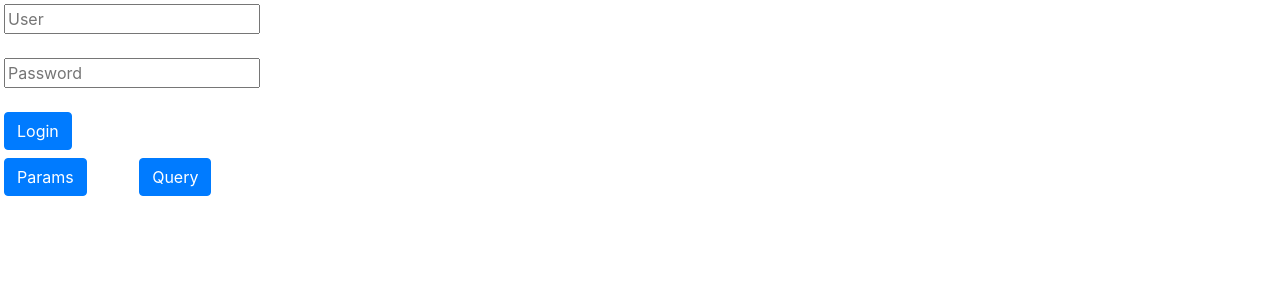
Repository: gfleitas/HTTPmethods
Page: index.html
An editor plug-in stored every save of this project. The page is shown before and after a run of saves, followed by the edit.
The browser window is 1280 px wide. The pictures show the whole page.

Above is the page before, as saved 2019-08-27 09:57:45.

### index.html
<!DOCTYPE html>
<html lang="en">
<head>
    <meta charset="UTF-8">
    <meta name="viewport" content="width=device-width, initial-scale=1.0">
    <meta http-equiv="X-UA-Compatible" content="ie=edge">
    <title>Document</title>

    <link rel="stylesheet" href="https://stackpath.bootstrapcdn.com/bootstrap/4.3.1/css/bootstrap.min.css" integrity="sha384-ggOyR0iXCbMQv3Xipma34MD+dH/1fQ784/j6cY/iJTQUOhcWr7x9JvoRxT2MZw1T" crossorigin="anonymous">
</head>
<body>
        <form id="form">
            <input class="mt-1 ml-1" type="text" name="user" id="user" placeholder="User">
            <br>
            <br>
            <input class="ml-1" type="password" name="pass" id="pass" placeholder="Password">
            <br>
            <br>
            <button type="submit" class="btn btn-primary ml-1">Login</button>
        </form>
        <form id="form2" style="display:none;">
            <input class="mt-1 ml-1" type="text" name="name" id="name" placeholder="Name">
            <br>
            <br>
            <input class="ml-1" type="text" name="surname" id="surname" placeholder="Surname">
            <br>
            <br>
            <button type="submit" class="btn btn-primary ml-1">Post</button>
        </form>
        <button onclick="paramGET()" type="submit" class="btn btn-primary ml-1 mt-2 mr-5">Params</button>
        <button onclick="queryGET()" type="submit" class="btn btn-primary mt-2">Query</button>


    <script src="js/app.js"></script>

    <script src="https://code.jquery.com/jquery-3.3.1.slim.min.js" integrity="sha384-q8i/X+965DzO0rT7abK41JStQIAqVgRVzpbzo5smXKp4YfRvH+8abtTE1Pi6jizo" crossorigin="anonymous"></script>
    <script src="https://cdnjs.cloudflare.com/ajax/libs/popper.js/1.14.7/umd/popper.min.js" integrity="sha384-UO2eT0CpHqdSJQ6hJty5KVphtPhzWj9WO1clHTMGa3JDZwrnQq4sF86dIHNDz0W1" crossorigin="anonymous"></script>
    <script src="https://stackpath.bootstrapcdn.com/bootstrap/4.3.1/js/bootstrap.min.js" integrity="sha384-JjSmVgyd0p3pXB1rRibZUAYoIIy6OrQ6VrjIEaFf/nJGzIxFDsf4x0xIM+B07jRM" crossorigin="anonymous"></script>

</body>
</html>

### js/app.js
const form = document.querySelector('#form');
const form2 = document.querySelector('#form2');

form.addEventListener('submit', e =>{
    e.preventDefault();
    loginPOST();

    function loginPOST() {

        let user = document.getElementById("user").value
        let pass = document.getElementById("pass").value

        let objUser = JSON.stringify({"user" :user, "password" :pass});

        fetch("http://192.168.11.31:3000/login",
        {
            method: "POST",
            body: objUser,
            headers: {
                'Accept': 'application/json, text/plain, */*',
                'Content-Type': 'Application/json'
            }
        })
        .then(function(res){
            res.json()
            .then(function(objUser){
                localStorage.setItem("token", objUser.token)
                bodyPOST();
                console.log(objUser)
            })
        })
        .catch(function(res){ console.log(res) })
    }

    function bodyPOST() {
        form2.style.display = "inline";

        form2.addEventListener('submit', e =>{
            e.preventDefault()


            let name = document.getElementById("name").value
            let surname = document.getElementById("surname").value
            let token = localStorage.getItem("token")

            fetch("http://192.168.11.31:3000/test/body",
            {
                method: "POST",
                body : JSON.stringify({"name" : name, "surname" : surname}),
                headers: {
                    'Accept': 'Application/json',
                    'Content-Type': 'Application/json',
                    'Authorization' : token
                }
            })
            .then(function(res){
                res.json()
                .then((res) => {
                    console.log(res)
                })
            })
            .catch(function(res){ console.log(res) })
        })
    }
})

function queryGET (){

    let name = document.getElementById("name").value
    let surname = document.getElementById("surname").value
    let token = localStorage.getItem("token");

    fetch(`http://192.168.11.31:3000/test/query?name=${name}&surname=${surname}`,
    {
        method: "GET",
        headers: {
            'Accept': 'Application/json',
            'Authorization' : token,
            'Content-Type': 'Application/json'
        }
    })
    .then(function(res){
    res.json()
        .then((res) => {
            console.log(res)
        })
    })
    .catch(function(res){ console.log(res) })
}


function paramGET() {

    let name = document.getElementById("name").value
    let surname = document.getElementById("surname").value
    let token = localStorage.getItem("token")

    fetch(`http://192.168.11.31:3000/test/params/${name}/${surname}`,
    {
        method: "GET",
        headers: {
            'Accept': 'Application/json',
            'Authorization' : token,
            'Content-Type': 'Application/json'
        }
    })
    .then(function(res){
        res.json()
        .then((res) => {

            console.log(res)
        })
    })
    .catch(function(res){ console.log(res) })

}

After the next 5 saves:
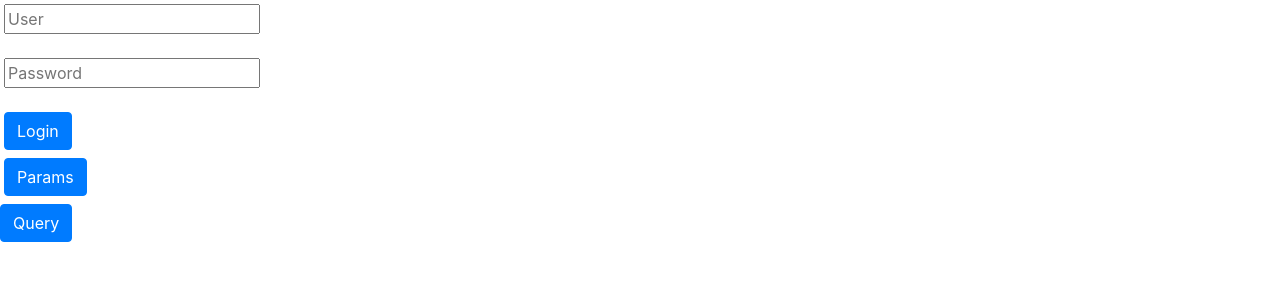
The 5 saves are shown as one change because they came seconds apart.
The last was saved 17 s later.
--- a/index.html
+++ b/index.html
@@ -28,6 +28,7 @@
             <button type="submit" class="btn btn-primary ml-1">Post</button>
         </form>
         <button onclick="paramGET()" type="submit" class="btn btn-primary ml-1 mt-2 mr-5">Params</button>
+        <div id="msj"></div>
         <button onclick="queryGET()" type="submit" class="btn btn-primary mt-2">Query</button>
 
 
